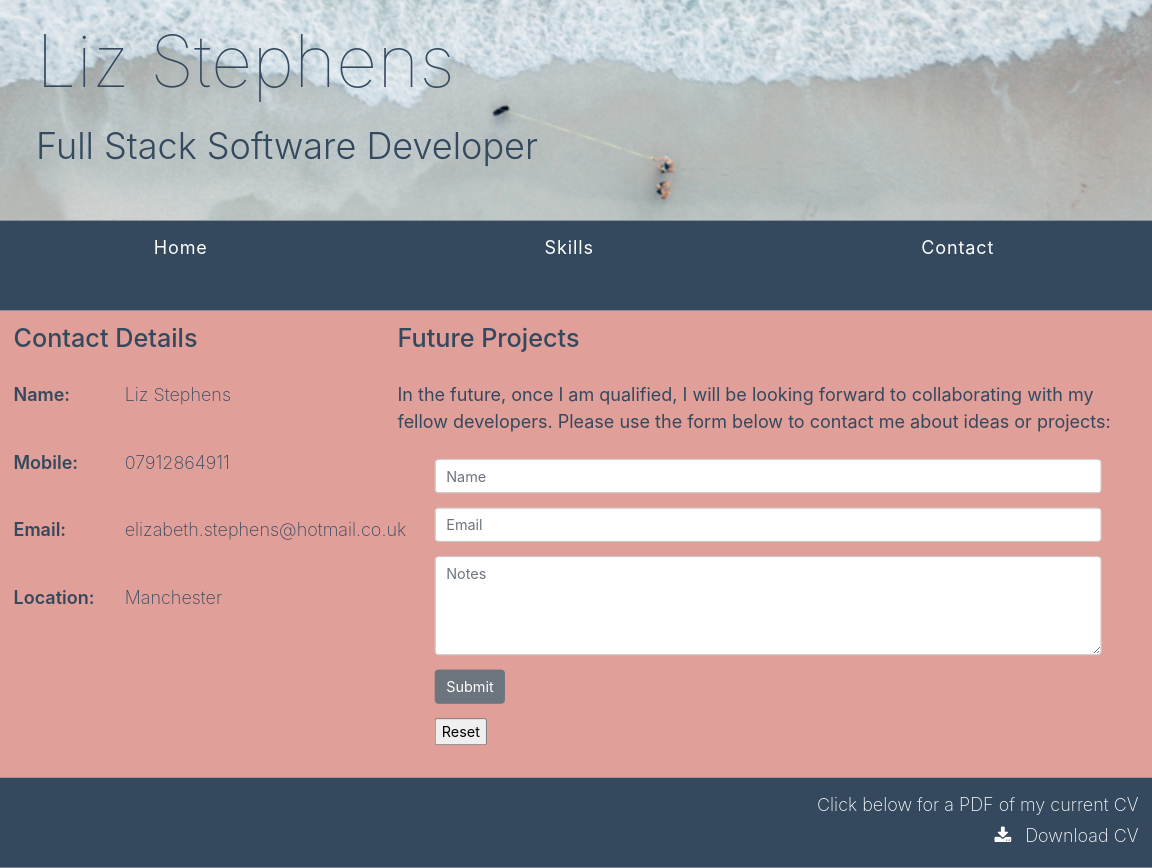
Repository: Liz94688/portfolio-site
Page: contact.html
The author's editor kept a record of every edit. The page is drawn from the files as they stood at one moment, then again after the next edit.
The browser window is 1280 px wide. The pictures show the whole page, at 90% of full size.

Above is the page before.

After the next edit:
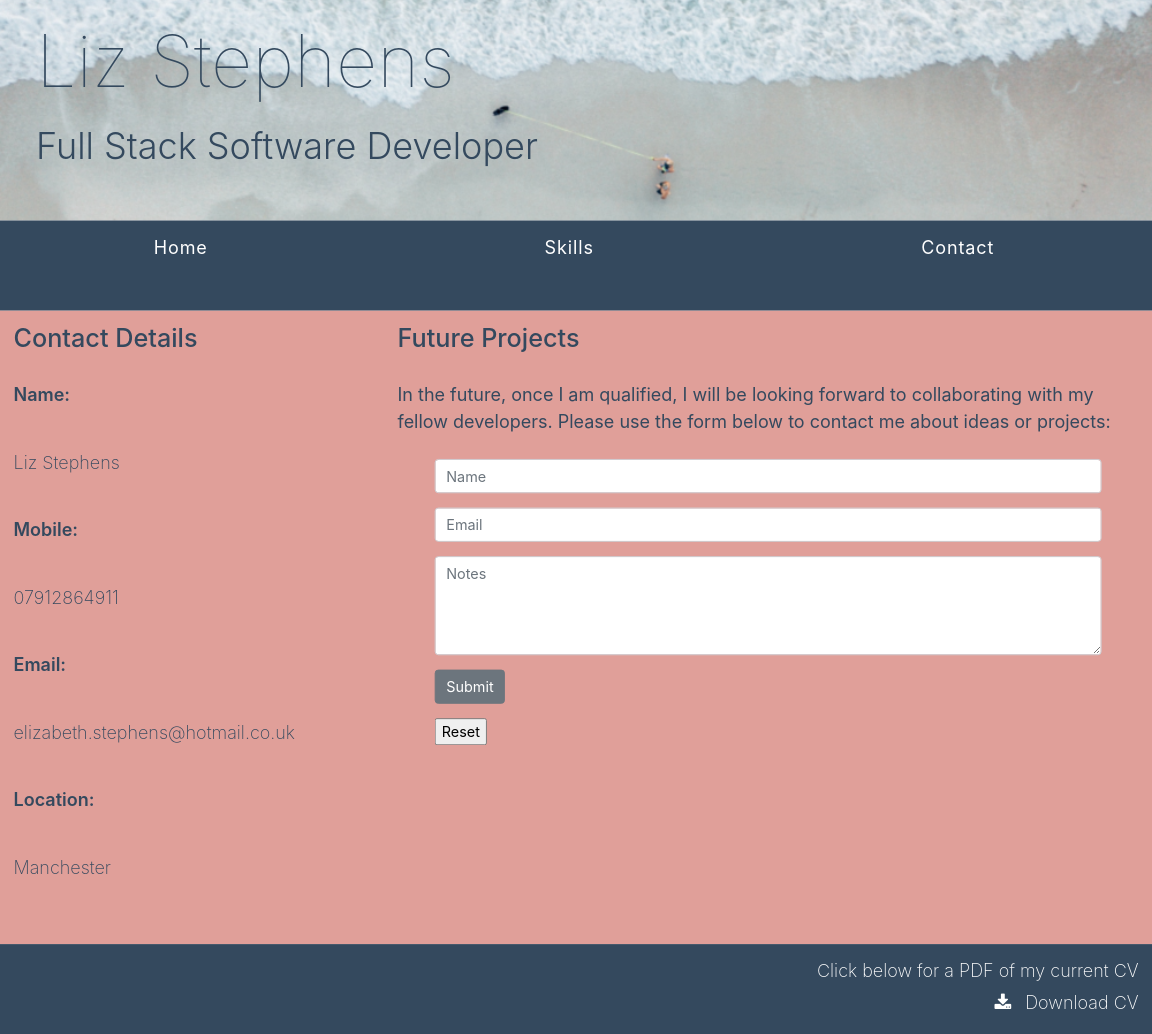
The edit:
--- a/assets/css/style.css
+++ b/assets/css/style.css
@@ -424,7 +424,7 @@
 
 @media(min-width: 600px) {
     .contact-details-itemised .key {
-        width: 30%;
+        width: 100%;
     }
 }
 
